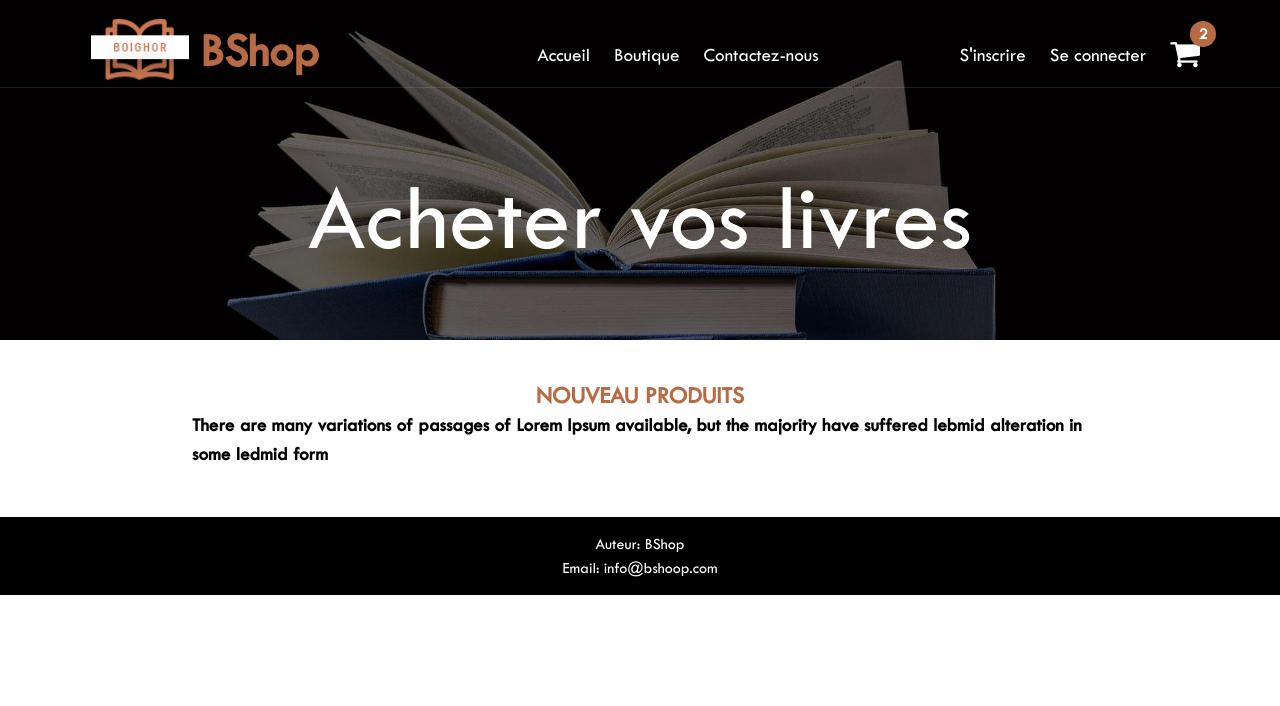
Repository: padevft/e-commerce-php
Page: http://localhost/
The author's editor kept a copy of each file at every save. The page is drawn from the files as they stood at one save, then again after the next save.
The browser window is 1280 px wide. The pictures show the whole page.
The page is run by PHP 8.4 with error messages shown; the project is at /var/www/html/.

Above is the page before, as saved 2023-09-17 22:44:56.

### index.php
<?php
    require_once('server/includes/utilitaires.inc.php');
    ?>
<!DOCTYPE html>
<html lang="en">

<head>
  <meta charset="UTF-8" />
  <meta name="viewport" content="width=device-width, initial-scale=1.0" />
  <title>Boutique en ligne</title>

  <link rel="stylesheet" href="client/css/styles.css">
  <link rel="stylesheet" href="client/utilitaires/bootstrap/css/bootstrap.min.css">
  <link rel="stylesheet" href="client/utilitaires/font-awesome-4.7.0/css/font-awesome.min.css">

</head>

<body>
  <div class="container-app">
    <?php
    require_once('server/includes/header.inc.php');
    ?>
    <main>
      <div class="d-flex align-items-center justify-content-center pt-5 container-intro">
        <span class="text-intro">
          Acheter vos livres
        </span>
      </div>
      <div class="container-products">
        <div class="d-flex flex-column align-items-center justify-content-center gap-2">
          <span class="text-intro-1"> NOUVEAU PRODUITS</span>
          <span class="text-intro-2">There are many variations of passages of Lorem Ipsum available, but the majority have suffered lebmid alteration in some ledmid form
          </span>
        </div>
        <?php
          $products = get_products();
         ?>
      </div>
    </main>
    <?php
    require_once('server/includes/footer.inc.php');
    ?>
    <script src="client/utilitaires/Jquery/jquery-3.6.0.min.js"></script>
    <script src="client/utilitaires/bootstrap/js/bootstrap.min.js"></script>
</body>

</html>

### server/includes/utilitaires.inc.php
<?php

function get_products(){
    $liste=array();
    $liste[0]=1;
    $liste[1]=1;
    $liste[2]=1;
    $liste[3]=1;
    $liste[4]=1;
    $liste[5]=1;
    $liste[6]=1;
    $liste[7]=1;
    return $liste;
}



?>

### server/includes/header.inc.php
<header>
    <nav class="container-nav">
        <div class="row align-items-center">
            <div class="col-12 col-sm-4">
                <div class="d-flex flex-row align-items-center">
                    <a class="container-logo" href="./index.html">
                        <img src="client/images/logo.png" />
                    </a>
                    <span class="text-logo">BShop</span>
                </div>
            </div>
            <div class="col-md-4">
                <div class="container-menu mt-2">
                    <ul class="d-flex flex-row align-items-center justify-content-end gap-4 menu">
                        <li><a href="./index.html" class="menu-item">Accueil</a></li>
                        <li><a href="./index.html" class="menu-item">Boutique</a></li>
                        <li><a href="./index.html" class="menu-item">Contactez-nous</a></li>
                    </ul>
                </div>
            </div>
            <div class="col-6 col-md-4">
                <div class="d-flex align-items-center gap-4 justify-content-end mt-2">
                    <div class="container-menu">
                        <ul class="d-flex align-items-center gap-4 menu">
                            <li> <a href="./index.html" class="menu-item">S'inscrire</a></li>
                            <li> <a href="./index.html" class="menu-item">Se connecter</a></li>
                        </ul>

                    </div>
                    <div class="position-relative container-shopping-cart">
                        <span><i class="fa fa-shopping-cart shopping-cart"></i></span>
                        <span class="position-absolute number-product">2</span>
                    </div>
                </div>

            </div>

        </div>
    </nav>
</header>

### server/includes/footer.inc.php
<footer>
    <div class="container-footer">
        <span>Auteur: BShop</span>
        <span>Email: info@bshoop.com</span>
    </div>

</footer>

### client/css/styles.css
/* var text-decoration */
@font-face {
  font-family: myfont;
  src: url(../utilitaires/fonts/ufonts.com_tw-cen-mt.ttf);
}

:root {
  --color-primary: #b76b45;
  --color-white-1: #fff;
}

* {
  transition: all 0.5s ease;
}

body {
  font-family: myfont !important;
}
h1 {
  display: inline-flex;
  position: relative;
  cursor: pointer;
}

a {
  color: unset;
  outline: unset;
  text-decoration: none !important;
}

.container-app {
  background-image: url("../images/5.jpg");
  background-repeat: no-repeat;
  background-size: cover;
}
ul {
  list-style-type: none; /* Retire les puces */
}

/*

****************************
Header
****************************

*/

header {
  padding-top: 15px;
  padding-bottom: 10px;
}

header ul {
  margin: 0 !important;
}
.container-nav {
  padding: 0 5rem;
  border-bottom: 1px solid rgba(255, 255, 255, 0.1);
}
.container-logo {
  width: 120px;
  height: 65px;
}
.container-logo img {
  width: 100%;
  height: 100%;
}
.text-logo {
  font-size: 3rem;
  font-weight: bold;
  color: var(--color-primary);
}
.menu-item {
  display: inline;
  position: relative;
  color: var(--color-white-1);
  padding-bottom: 5px;
  font-size: 1.2rem;
}

.menu-item:hover {
  color: var(--color-primary);
}
.menu-item::before {
  content: "";
  position: absolute;
  bottom: 0;
  left: 0;
  background: var(--color-primary);
  height: 2.5px;
  opacity: 1;
  visibility: visible;
  width: 0;
  -webkit-transition: 0.4s all ease-out;
  -o-transition: 0.4s all ease-out;
  transition: 0.4s all ease-out;
}
.menu-item:hover:before {
  width: 100%;
}

.number-product {
  bottom: 25px;
  font-weight: bold;
  color: var(--color-white-1);
  font-size: 1rem;
  height: 26px;
  line-height: 17px;
  width: 26px;
  background: var(--color-primary) none repeat scroll 0 0;
  border-radius: 100px;
  display: flex;
  justify-content: center;
  align-items: center;
  left: 20px;
}

.shopping-cart {
  color: var(--color-white-1);
  font-size: 2rem !important;
}
.container-shopping-cart:hover .shopping-cart {
  color: var(--color-primary);
  cursor: pointer;
  transform: scale(0.8);
}
.container-shopping-cart:hover .number-product {
  transform: scale(1.7);
  color: var(--color-primary);
  background: var(--color-white-1) none repeat scroll 0 0;
}
.text-intro{
  font-size: 6rem;
  color: var(--color-white-1);
}



/*

****************************
Main
****************************

*/


.container-intro{
  padding: 50px 0;
}
.container-products {
  background-color: var(--color-white-1);
  padding:3rem 12rem;
}
.text-intro-1{
  color: var(--color-primary);
  font-size: 1.5rem;
  font-weight: 700;
  line-height: 15px;
}

.text-intro-2{
  color: #000;
  font-size: 1.2rem;
  font-weight: 700;
}




/*

****************************
footer
****************************

*/

footer {
  background-color: var(--color-white-1);
}
.container-footer{
  background-color: #000;
  display: flex;
  flex-direction: column;
  justify-content: center;
  align-items: center;
  padding: 15px 0;
}
.container-footer span {
  color: var(--color-white-1);
}

Loaded but not shown: client/utilitaires/bootstrap/css/bootstrap.min.css (library); client/utilitaires/font-awesome-4.7.0/css/font-awesome.min.css (library); client/utilitaires/Jquery/jquery-3.6.0.min.js (library); client/utilitaires/bootstrap/js/bootstrap.min.js (library)

After the next save:
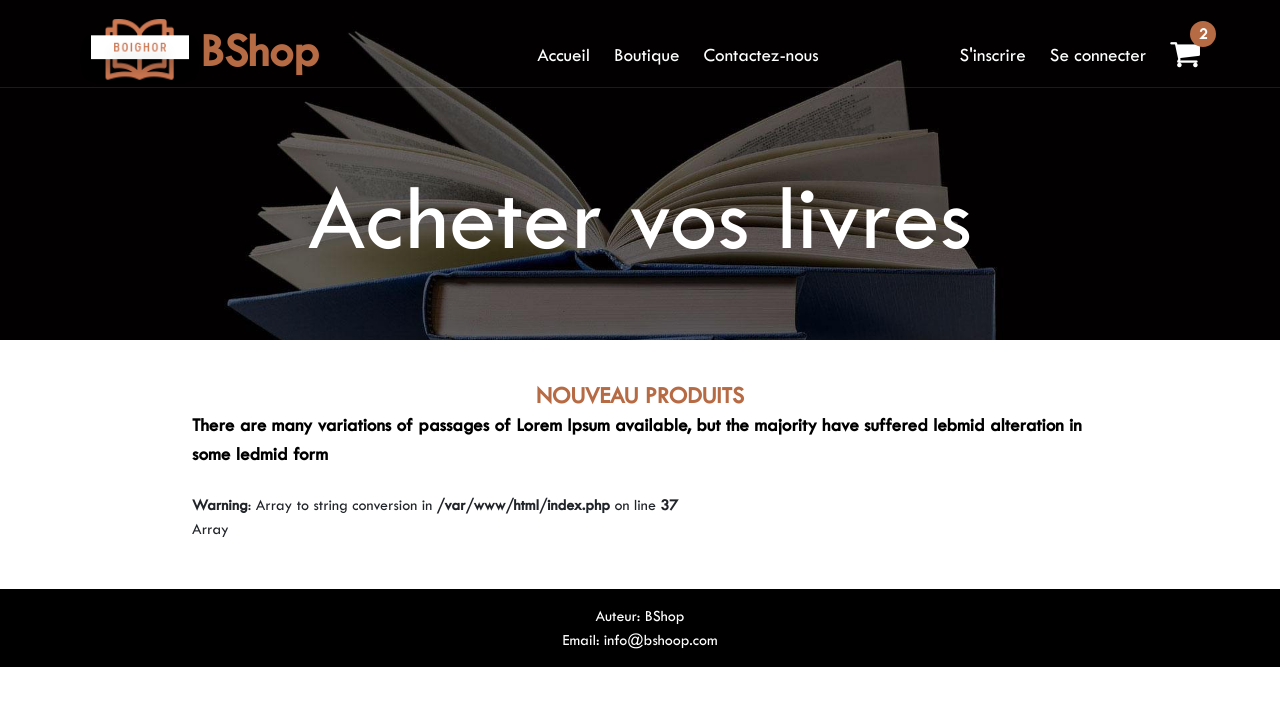
Saved 19 s later.
--- a/index.php
+++ b/index.php
@@ -34,6 +34,8 @@
         </div>
         <?php
           $products = get_products();
+          echo $products;
+
          ?>
       </div>
     </main>

After the save that followed:
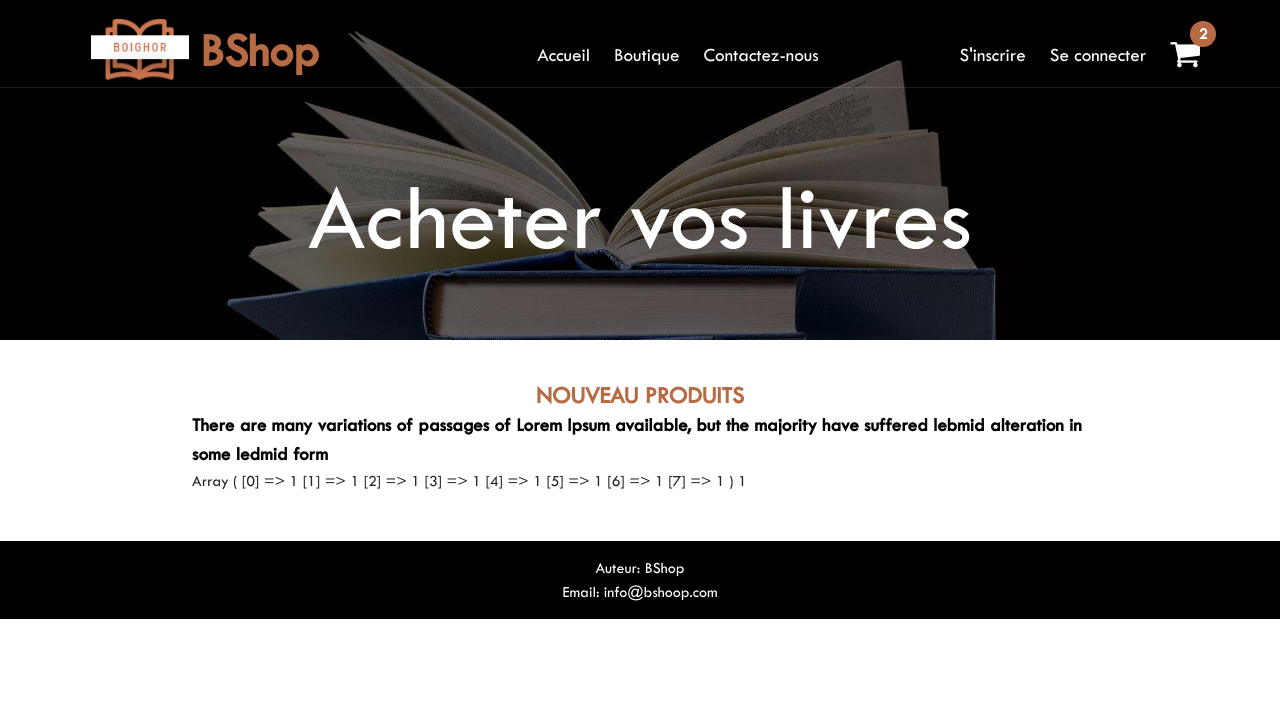
Saved 34 s later.
--- a/index.php
+++ b/index.php
@@ -34,7 +34,7 @@
         </div>
         <?php
           $products = get_products();
-          echo $products;
+          echo print_r($products);
 
          ?>
       </div>
